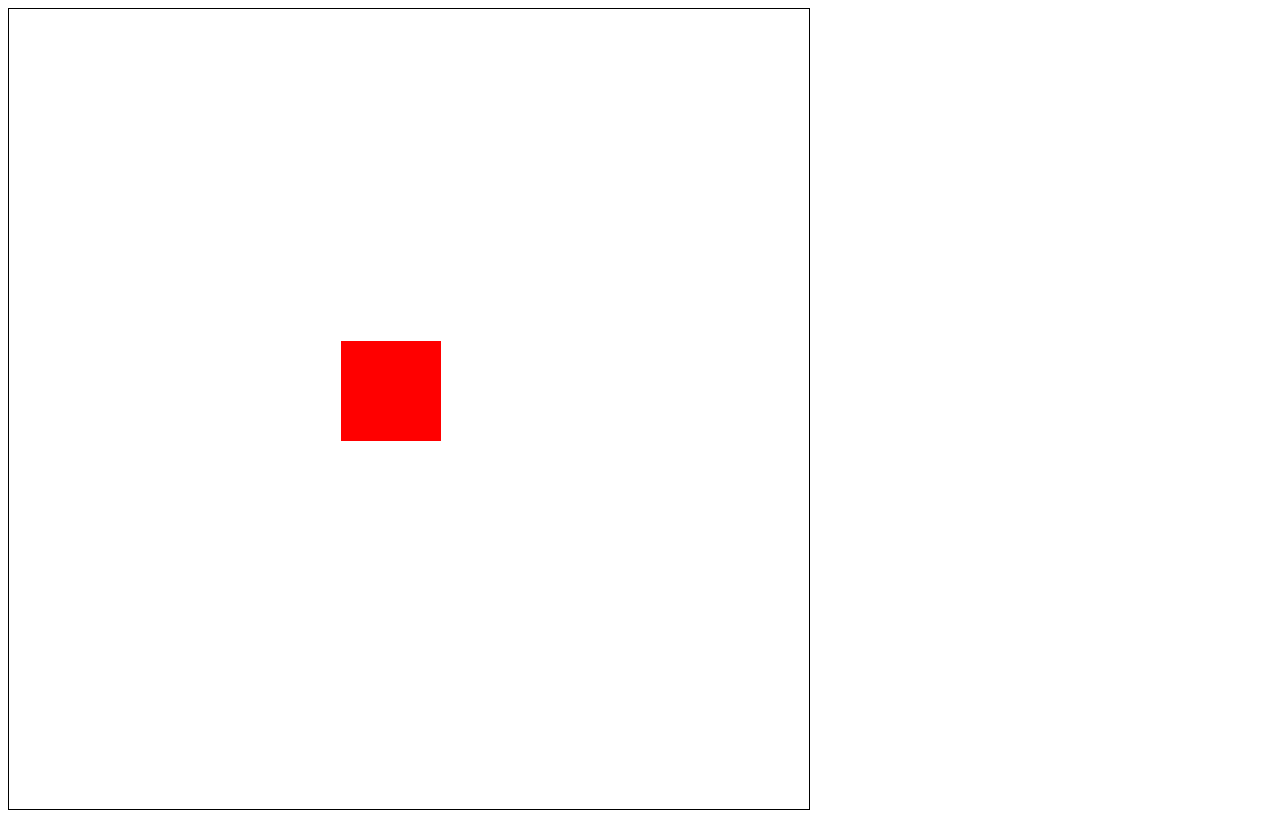
Repository: BlueLionycb/study-demo
Page: canvas-demo/src/index20.html
An editor plug-in stored every save of this project. The page is shown before and after a run of saves, followed by the edit.
The browser window is 1280 px wide. The pictures show the whole page.

Above is the page before, as saved 2020-01-27 21:16:12.

After the next 2 saves:
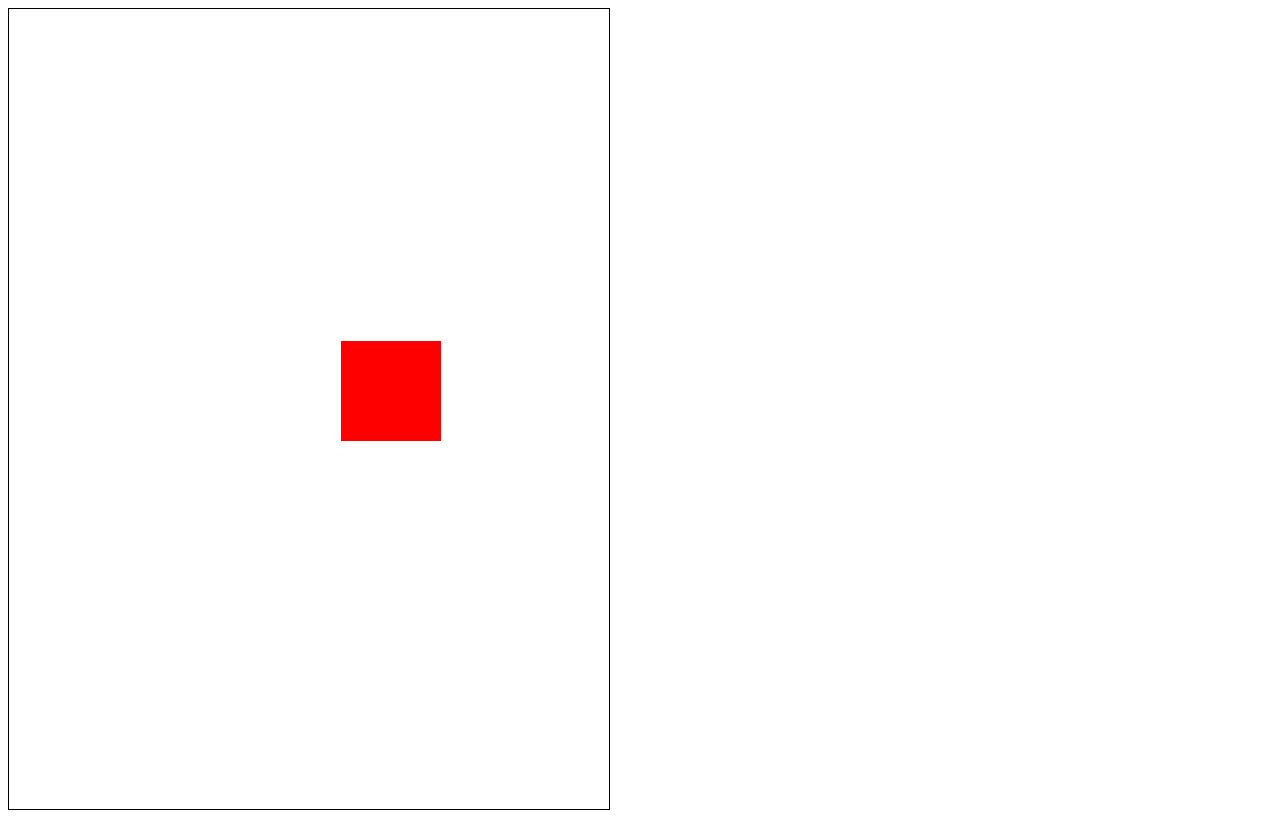
The 2 saves are shown as one change because they came seconds apart.
The last was saved 105 s later.
--- a/canvas-demo/src/index20.html
+++ b/canvas-demo/src/index20.html
@@ -13,7 +13,7 @@
         </style>
     </head>
     <body>
-        <canvas id="myCanvas" height="800" width="800">
+        <canvas id="myCanvas" height="800" width="600">
 
         </canvas>
 
